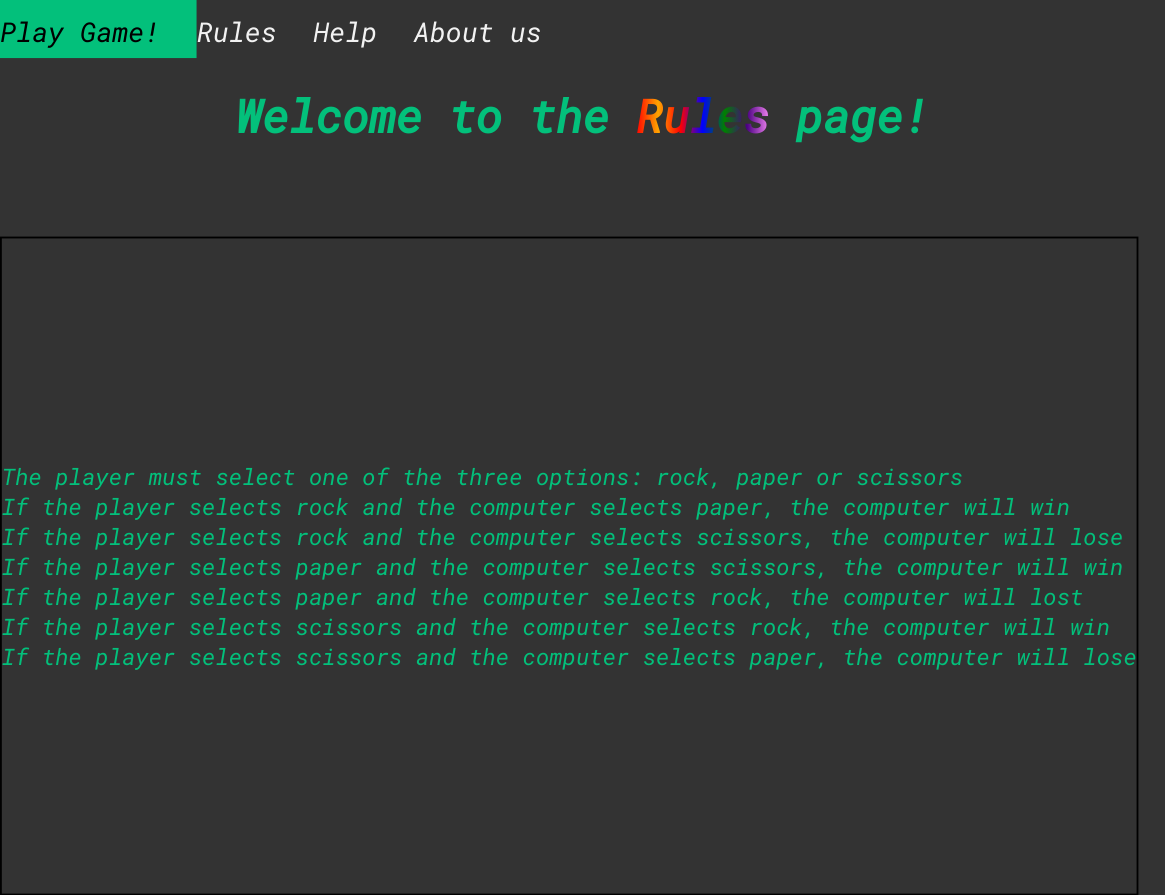
Repository: Ascendrospyder/rock-paper-scissors
Page: rulesPage.html
The author's editor kept a copy of each file at every save. The page is drawn from the files as they stood at one save, then again after the next save.
The browser window is 1280 px wide. The pictures show the whole page, at 91% of full size.

Above is the page before, as saved 2022-12-26 13:24:36.

### rulesPage.html
<!DOCTYPE html>
<html lang="en">
  <head>
    <meta charset="UTF-8" />
    <meta http-equiv="X-UA-Compatible" content="IE=edge" />
    <meta name="viewport" content="width=device-width, initial-scale=1.0" />
    <title>Rules</title>
    <link rel="preconnect" href="https://fonts.googleapis.com" />
    <link rel="preconnect" href="https://fonts.gstatic.com" crossorigin />
    <link
      href="https://fonts.googleapis.com/css2?family=Roboto+Mono:ital@1&display=swap"
      rel="stylesheet"
    />
    <link rel="stylesheet" href="./css/style.css" />
    <link rel="stylesheet" href="./css/navbar.css" />
    <link rel="stylesheet" href="css/rules.css" />
  </head>
  <body>
    <nav>
      <div class="nav-bar">
        <a class="play-game" href="app.html">Play Game!</a>
        <a class="game-rules" href="rulesPage.html">Rules</a>
        <a class="help" href="helpPage.html">Help</a>
        <a class="about" href="aboutPage.html">About us</a>
      </div>
    </nav>

    <div class="rules-title">
      <h1 class="heading">
        Welcome to the <span class="multicoloured-text">Rules</span> page!
      </h1>
    </div>

    <div class="rules-list">
      <ol class="rules-message">
        <li>The player must select one of the three options: rock, paper or scissors</li>
        <li>If the player selects rock and the computer selects paper, the computer will win</li>
        <li>If the player selects rock and the computer selects scissors, the computer will lose</li>
        <li>If the player selects paper and the computer selects scissors, the computer will win</li>
        <li>If the player selects paper and the computer selects rock, the computer will lost</li>
        <li>If the player selects scissors and the computer selects rock, the computer will win</li>
        <li>If the player selects scissors and the computer selects paper, the computer will lose</li>

      </ol>
    </div>
  </body>
</html>

### css/style.css
/* The following code will remove the whitespace at the top of the browser */
* {
  margin: 0;
  padding: 0;
  border: 0;
  outline: 0;
  font-size: 100%;
  vertical-align: baseline;
  background: transparent;
}

body {
  background-color: #333;
}

.title {
  display: flex;
  justify-content: center;
  align-items: center;
  margin-bottom: 300px;
}

.heading {
  font-size: 50px;
  color : #03c07b;
  font-family: 'Roboto Mono', monospace;
}

.multicoloured-text {
  background-image: linear-gradient(to left, violet, indigo, green, blue, red, orange, red);
  -webkit-background-clip: text;
  -moz-background-clip: text;
  background-clip: text;
  color: transparent;
}

.prompt {
  /* border : 2px solid black;  */
  display : flex;
  justify-content: flex-start;
  margin-bottom: 20px;
}

.prompt-message {
  font-size: 30px;
  color : #03c07b;
  font-family: 'Roboto Mono', monospace;
}
.results {
  border: 5px solid rgb(40, 40, 40);
  flex-wrap: wrap;
  display : flex;
  justify-content: space-between;
  margin-bottom: 15px;
}


.results > button {
  flex : 1 1 0;
  background-color: #333;
  color: white;
  font-size: 30px;
  font-family: 'Roboto Mono', monospace;
  transition: background-color 0.3s;
}

button {
  padding-top: 40px;
  padding-bottom: 40px;
}

button:hover {
  background-color: #03c07b;
  color: black;
}

### css/navbar.css
.nav-bar {
  /* border : 10px solid black;  */
  background-color : #333;
  overflow: hidden;
  margin-bottom: 30px;
  /* padding-left: 20px; */
}

.nav-bar a {
  font-family: 'Roboto Mono', monospace;
  text-decoration: none;
  float : left;
  color : #f2f2f2;
  text-align: center;
  font-size: 30px;
  padding-right: 40px;
  padding-top: 15px;
  padding-bottom: 10px;
  transition: background-color 0.8s;
}

.nav-bar a:hover {
  background-color: #03c07b;
  color: black;
}

.nav-bar a:active {
  background-color: #03c07b;
  color : white;
}

### css/rules.css
.rules-title {
    display: flex;
    justify-content: center;
    align-items: center;
    margin-bottom: 100px;
}

.rules-list {
    border : 2px solid black;
    position : absolute;
    margin : auto;
    display : flex;
    justify-content: center;
    align-items : center;
    height : 100%;
}

.rules-message {
    font-size: 25px;
    color : #03c07b;
    font-family: 'Roboto Mono', monospace;
  }

After the next save:
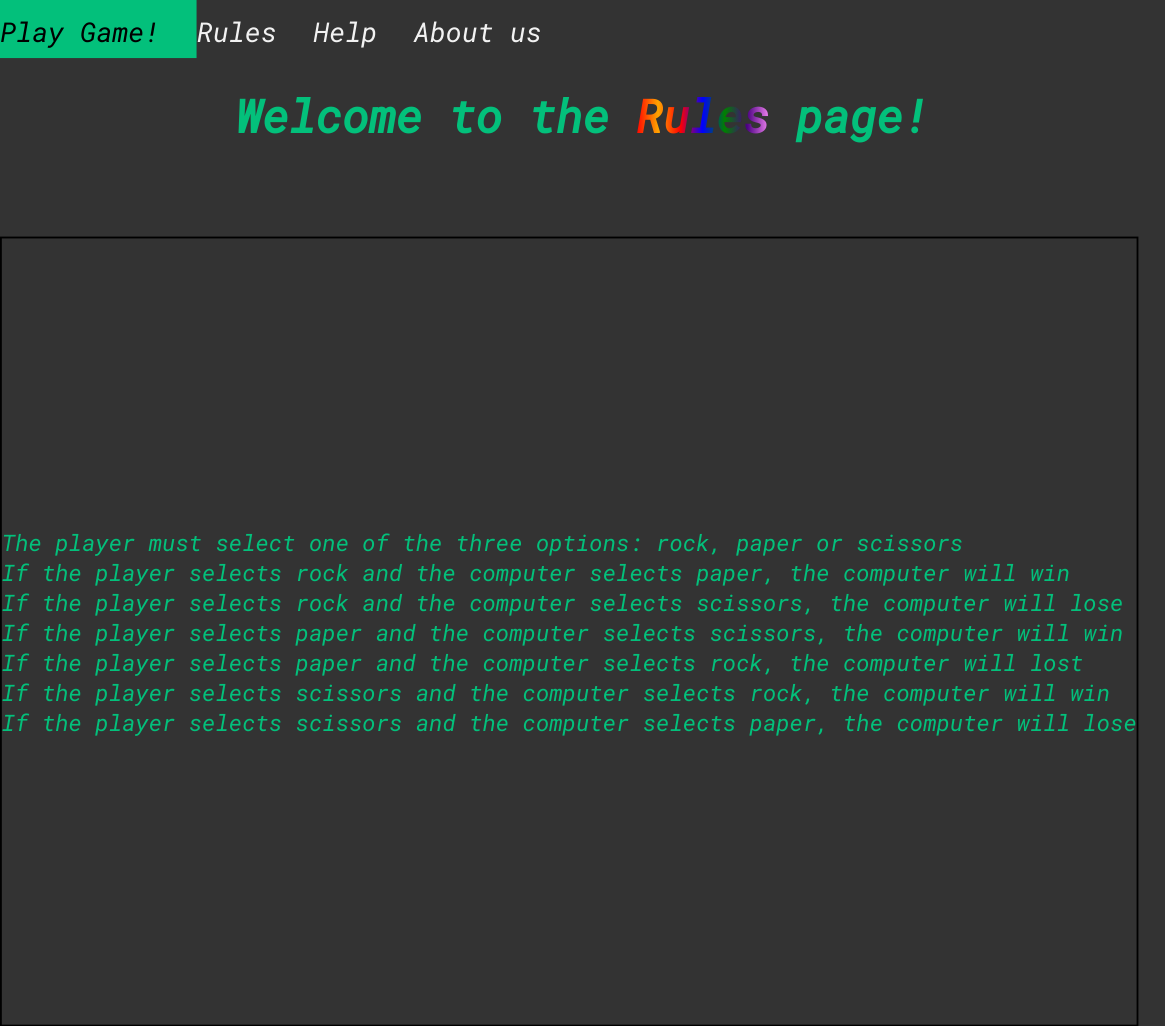
Saved 14 s later.
--- a/css/rules.css
+++ b/css/rules.css
@@ -12,7 +12,7 @@
     display : flex;
     justify-content: center;
     align-items : center;
-    height : 100%;
+    height : 120%;
 }
 
 .rules-message {
